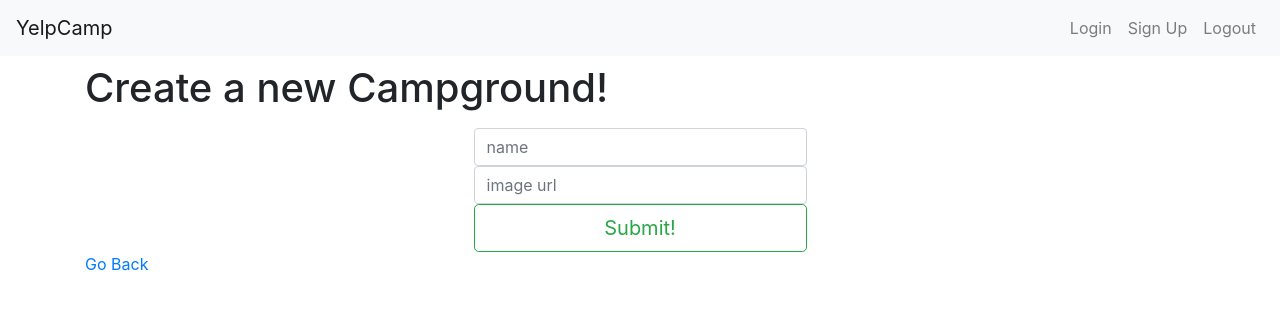
Repository: bosicheng/yelpcamp-project
Page: http://localhost/campgrounds/new
The author's editor kept a record of every edit. The page is drawn from the files as they stood at one moment, then again after the next edit.
The browser window is 1280 px wide. The pictures show the whole page.
Some web libraries are served in a nearby version. The page is served by the project's Node server (YelpCamp/v1/app.js).

Above is the page before.
Console error (its wording comes from the project's code and is left out).

### YelpCamp/v1/views/new.ejs
<% include partials/header %>

<div class='container'>
    <h1>Create a new Campground!</h1>
    <div style="width:30%;margin:0 auto">
        <div class="form-group">

        </div>
        <div class="form-group">

        </div>
        <div class="form-group">

        </div>
        <form action='/campgrounds' method='POST'>
        <!--这里的name会变成req.body下的属性-->
        <input class='form-control' type='text' name='name' placeholder='name'>
        <input class='form-control' tytpe='text' name='image' placeholder='image url'>
        <button class="btn btn-lg btn-outline-success btn-block">Submit!</button>
    </form>
    </div>
    <a href='/campgrounds'>Go Back</a>
</div>

<% include partials/footer %>

### YelpCamp/v1/views/partials/header.ejs
<!DOCTYPE html>
<html>
    <head>
        <title>YelpCamp</title>
        <link rel="stylesheet" href="https://stackpath.bootstrapcdn.com/bootstrap/4.1.3/css/bootstrap.min.css">
        <script src="https://code.jquery.com/jquery-3.2.1.slim.min.js" integrity="sha384-KJ3o2DKtIkvYIK3UENzmM7KCkRr/rE9/Qpg6aAZGJwFDMVNA/GpGFF93hXpG5KkN" crossorigin="anonymous"></script>
        <script src="https://maxcdn.bootstrapcdn.com/bootstrap/4.0.0-beta/js/bootstrap.min.js" integrity="sha384-h0AbiXch4ZDo7tp9hKZ4TsHbi047NrKGLO3SEJAg45jXxnGIfYzk4Si90RDIqNm1" crossorigin="anonymous"></script>
        <script src="https://cdnjs.cloudflare.com/ajax/libs/popper.js/1.11.0/umd/popper.min.js" integrity="sha384-b/U6ypiBEHpOf/4+1nzFpr53nxSS+GLCkfwBdFNTxtclqqenISfwAzpKaMNFNmj4" crossorigin="anonymous"></script>
    </head>
    <body>
        <nav class="navbar navbar-expand-lg navbar-light bg-light mb-2">
          <a class="navbar-brand" href="/">YelpCamp</a>
          <button class="navbar-toggler" type="button" data-toggle="collapse" data-target="#navbarTogglerDemo01" aria-controls="navbarTogglerDemo01" aria-expanded="false" aria-label="Toggle navigation">
            <span class="navbar-toggler-icon"></span>
          </button>
          <div class="collapse navbar-collapse" id="navbarTogglerDemo01">
            <ul class="navbar-nav ml-auto mt-2 mt-lg-0">
              <li class="nav-item">
                <a class="nav-link" href="#">Login</a>
              </li>
              <li class="nav-item">
                <a class="nav-link" href="#">Sign Up</a>
              </li>
              <li class="nav-item">
                <a class="nav-link" href="#">Logout</a>
              </li>
            </ul>
          </div>
        </nav>

### YelpCamp/v1/app.js
var express=require('express');
var app=express();
var bodyParser=require('body-parser')

app.set('view engine','ejs')
app.use(bodyParser.urlencoded({extended:true}));

app.get('/',function(req,res){
    res.render("landing");
})

var campgrounds=[
        {name:'aaa',image:'https://farm4.staticflickr.com/3241/2984981452_e9008b9280.jpg'},
        {name:'bbb',image:'https://farm7.staticflickr.com/6089/6094103869_d53a990c83.jpg'},
        {name:'ccc',image:'https://farm8.staticflickr.com/7284/8744029089_2d4a4d0fd7.jpg'},
        {name:'aaa',image:'https://farm4.staticflickr.com/3241/2984981452_e9008b9280.jpg'},
        {name:'bbb',image:'https://farm7.staticflickr.com/6089/6094103869_d53a990c83.jpg'},
        {name:'ccc',image:'https://farm8.staticflickr.com/7284/8744029089_2d4a4d0fd7.jpg'},
        {name:'aaa',image:'https://farm4.staticflickr.com/3241/2984981452_e9008b9280.jpg'},
        {name:'bbb',image:'https://farm7.staticflickr.com/6089/6094103869_d53a990c83.jpg'},
        {name:'ccc',image:'https://farm8.staticflickr.com/7284/8744029089_2d4a4d0fd7.jpg'},
    ];

app.get('/campgrounds',function(req,res){
    res.render("campgrounds",{campgrounds:campgrounds})
})

app.get('/campgrounds/new',function(req,res){
    res.render('new')
})

// 这里虽然get和post的url是同一个，但是他们是不同的用法所以是不同的route不会相互影响
//如果对get的/campgrounds页面进行修改，post请求去修改campgrounds也应该同样的url，这是convention
app.post("/campgrounds",function(req,res){
    //get data from form and add to campground
    var name=req.body.name;
    var image=req.body.image;
    campgrounds.push({name:name,image:image});
    //redirect to campground page
    res.redirect('/campgrounds')
})

app.listen(process.env.PORT,process.env.IP,function(){
    console.log("Yelpcamp has started!")
})

Loaded but not shown: YelpCamp/v1/views/partials/footer.ejs (common file)

After the next edit:
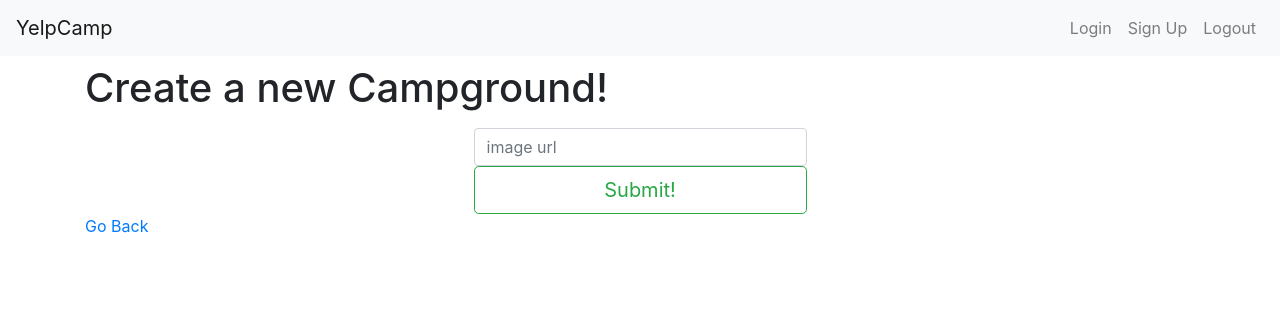
The edit:
--- a/YelpCamp/v1/views/new.ejs
+++ b/YelpCamp/v1/views/new.ejs
@@ -14,7 +14,6 @@
         </div>
         <form action='/campgrounds' method='POST'>
         <!--这里的name会变成req.body下的属性-->
-        <input class='form-control' type='text' name='name' placeholder='name'>
         <input class='form-control' tytpe='text' name='image' placeholder='image url'>
         <button class="btn btn-lg btn-outline-success btn-block">Submit!</button>
     </form>
